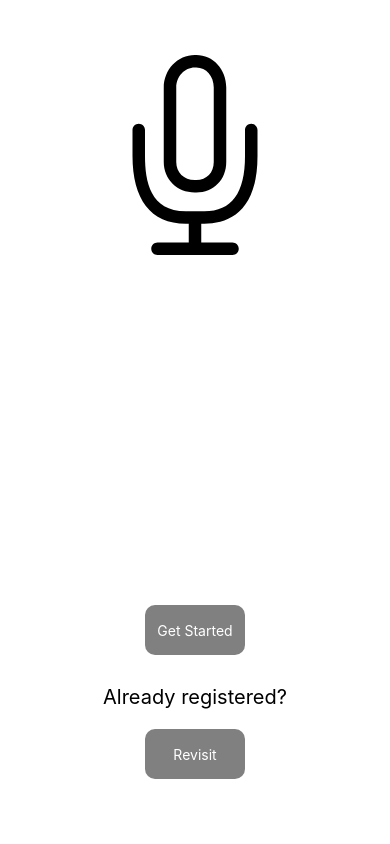
Repository: mortiestmorty1/recordings-app
Screen: / (app in frontend/)
These files come from the project's save history. The screen is drawn as it stood at one moment and after the next save; the edit follows.
The app was drawn by React Native's web renderer in a window 390 px wide. The project was rebuilt for these pictures with package versions that can differ from the ones it lists, and the page was loaded fresh each time. Also part of the build but not shown: frontend/components/registerUser.js.

Above is the screen before, as saved 2024-03-07 22:47:35.

### frontend/App.js
import { StatusBar } from 'expo-status-bar';
import { StyleSheet, View } from 'react-native';
import RegisterUser from './components/registerUser.js';
import React from 'react';
import FirstScreen from './components/firstscreen.js';

export default function App() {
  const handleRegistrationSuccess = (userData) => {
    console.log('User registered:', userData);
  };

  return (
    <View style={styles.container}>
      <FirstScreen />
      {/* <RegisterUser onSubmit={handleRegistrationSuccess} /> */}
      <StatusBar style="auto" />
    </View>
  );
}

const styles = StyleSheet.create({
  container: {
    flex: 1,
    backgroundColor: '#fff',
    alignItems: 'center',
    justifyContent: 'center',
  },
});

### frontend/components/firstscreen.js
import React from 'react';
import { View, Text, StyleSheet, TouchableOpacity } from 'react-native';
import { Svg, Path } from 'react-native-svg';

const FirstScreen = () => {
  return (
    <View style={styles.container}>
      <Svg style={styles.logo} fill="#000000" width="200" height="200" viewBox="0 0 1024 1024">
        <Path d="M510.88 704h7.6C607.44 704 672 638.4 672 548.032V166.624C672 73.184 604.56 0 518.466 0h-7.584C423.264 0 352 74.752 352 166.624v381.408C352 636.944 420.304 704 510.88 704zM416 166.624C416 110.032 458.56 64 510.88 64h7.6C569.504 64 608 108.128 608 166.624v381.408C608 603.024 572.032 640 518.464 640h-7.584c-55.872 0-94.88-37.808-94.88-91.968zM800 352c-17.68 0-32 14.336-32 32v133.072c0 190.4-67.968 282.929-207.744 282.929H465.12c-182.8 0-209.12-153.84-209.12-282.928V384.001c0-17.664-14.336-32-32-32s-32 14.336-32 32v133.072c0 220.496 91.888 346.928 273.12 346.928H480v96H320c-17.664 0-32 14.336-32 32s14.336 32 32 32h384c17.664 0 32-14.336 32-32s-14.336-32-32-32H544v-96h16.256C684.224 864.001 832 803.809 832 517.072V384c0-17.664-14.32-32-32-32z" />
      </Svg>
      <View style={styles.content}>
        <TouchableOpacity style={styles.btn1} onPress={() => console.log("Get Started pressed")}>
          <Text style={styles.btnText}>Get Started</Text>
        </TouchableOpacity>
        <Text style={styles.text}>Already registered?</Text>
        <TouchableOpacity style={styles.btn1} onPress={() => console.log("Revisit pressed")}>
          <Text style={styles.btnText}>Revisit</Text>
        </TouchableOpacity>
      </View>
    </View>
  );
};

const styles = StyleSheet.create({
  container: {
    flex: 1,
    justifyContent: 'center',
    alignItems: 'center',
  },
  logo: {
    width: 200,
    height: 200,
    marginBottom: 100, // Changed from bottom to marginBottom for better layout control
  },
  text: {
    fontSize: 20,
    margin: 20,
  },
  content: {
    justifyContent: 'center',
    alignItems: 'center',
    marginTop: 250, // Changed from top to marginTop for better layout control
  },
  btn1: {
    width: 100,
    height: 50,
    backgroundColor: 'grey',
    borderRadius: 10,
    justifyContent: 'center',
    alignItems: 'center',
    marginBottom: 10, // Add space between buttons
  },
  btnText: {
    color: 'white', // Style for the text inside TouchableOpacity
  },
});

export default FirstScreen;

After the next save:
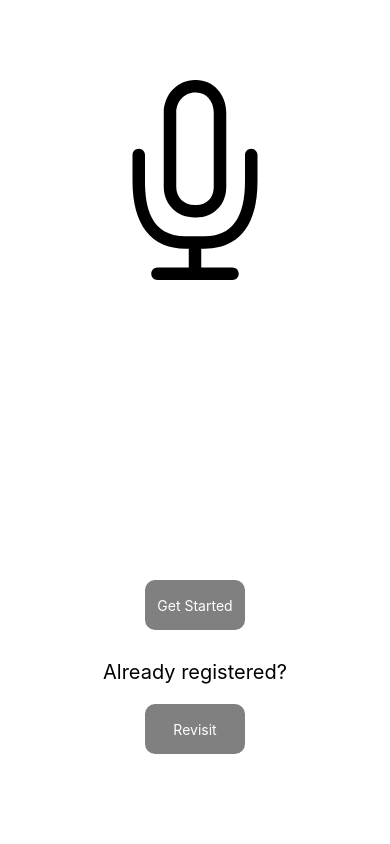
Saved 31 s later.
--- a/frontend/components/firstscreen.js
+++ b/frontend/components/firstscreen.js
@@ -30,7 +30,7 @@ const styles = StyleSheet.create({
   logo: {
     width: 200,
     height: 200,
-    marginBottom: 100, // Changed from bottom to marginBottom for better layout control
+    marginBottom: 50, // Changed from bottom to marginBottom for better layout control
   },
   text: {
     fontSize: 20,

After the save that followed:
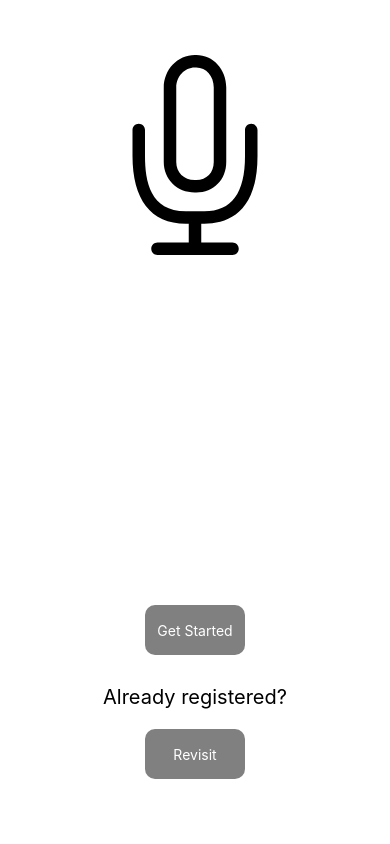
Saved 16 s later.
--- a/frontend/components/firstscreen.js
+++ b/frontend/components/firstscreen.js
@@ -39,7 +39,7 @@ const styles = StyleSheet.create({
   content: {
     justifyContent: 'center',
     alignItems: 'center',
-    marginTop: 250, // Changed from top to marginTop for better layout control
+    marginTop: 300, // Changed from top to marginTop for better layout control
   },
   btn1: {
     width: 100,
